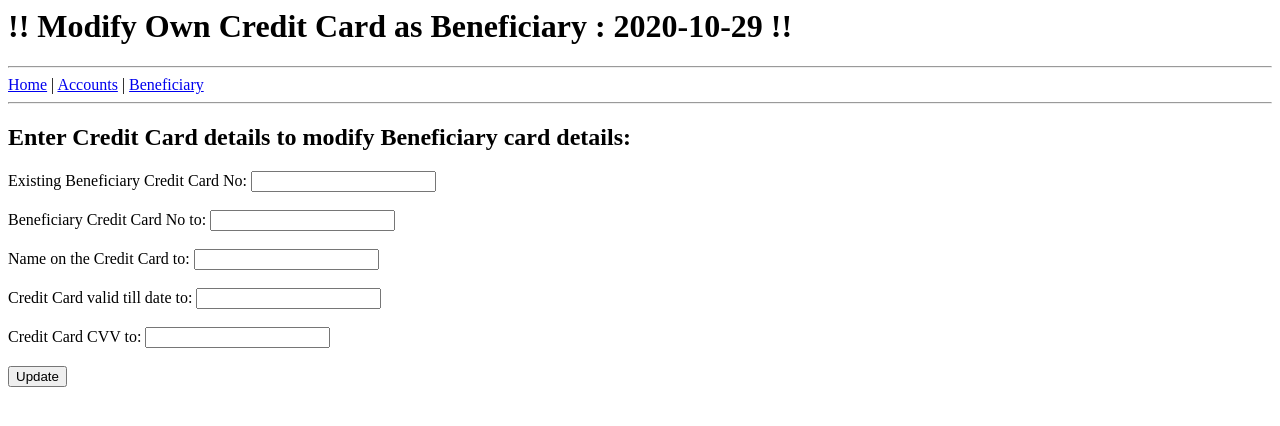
Repository: anik84/ibs
Page: http://localhost/IBS/user_modify_own_credit_card_as_beneficiary_form.jsp
These files come from the project's save history. The page is drawn as it stood at one moment and after the next save; the edit follows.
The browser window is 1280 px wide. The pictures show the whole page.
The page is served by Tomcat 9. Other server files are loaded and not shown.

Above is the page before, as saved 2020-11-01 08:12:54.

### IBS_JSPs/IBS/WebContent/user_modify_own_credit_card_as_beneficiary_form.jsp
<%@page import="java.time.LocalDate"%>
<html>
<head>
<title>modify own credit card as beneficiary</title>
</head>
<body>
	<h1>
		!! Modify Own Credit Card as Beneficiary :
		<%=LocalDate.now()%>
		!!
	</h1>
	<jsp:include page="user_home_menu.jsp" />

	<h2>Enter Credit Card details to modify Beneficiary card details:</h2>
	<form action="modifybenefcreditcard" method="POST">

		<div>
			<label>Existing Beneficiary Credit Card No: </label> <input type="number" name="existingBenefCreditCardNo"
				required />
		</div><br />
		<div>
			<label>Beneficiary Credit Card No to: </label> <input type="text" name="modifyBenefCreditCardNoTo" />
		</div><br />
		<div>
			<label>Name on the Credit Card to: </label> <input type="text" name="modifyBenefCreditCardNameTo" />
		</div><br />
		<div>
			<label>Credit Card valid till date to: </label> <input type="text" name="modifyBenefCreditCardValidityTo" />
		</div><br />
		<div>
			<label>Credit Card CVV to: </label> <input type="text" name="modifyBenefCreditCardCVVNoTo" />
		</div><br />
		<div>
			<button>Update</button>
		</div>
	</form>
</body>
</html>

### IBS_JSPs/IBS/WebContent/user_home_menu.jsp
<nav>
	<hr />
	 <a href="user_home.jsp">Home</a>
	 <span> | </span>
	 <a href="user_accounts.jsp">Accounts</a>
	 <span> | </span>
	 <a href="user_beneficiary.jsp">Beneficiary</a>
	<hr />
</nav>

After the next save:
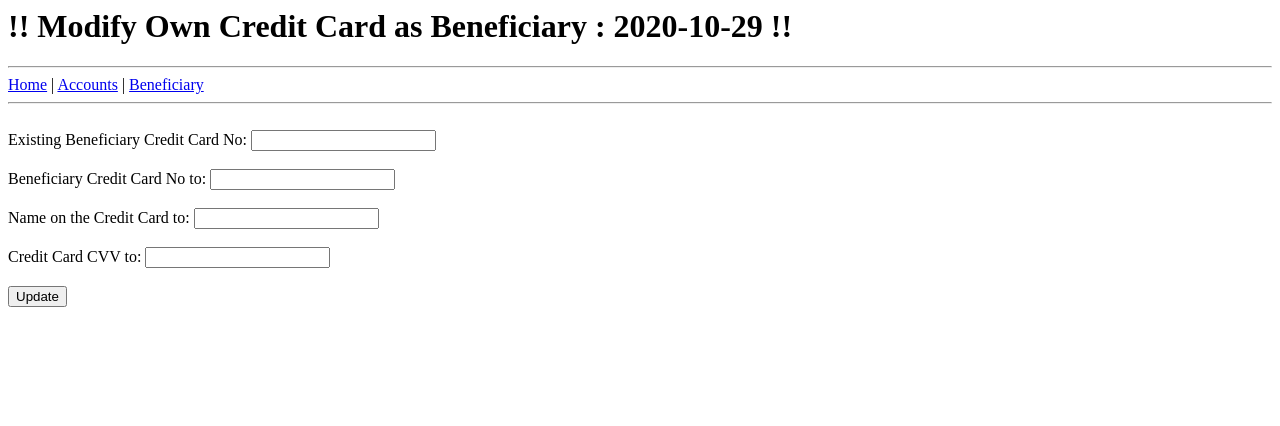
Saved 118 s later.
--- a/IBS_JSPs/IBS/WebContent/user_modify_own_credit_card_as_beneficiary_form.jsp
+++ b/IBS_JSPs/IBS/WebContent/user_modify_own_credit_card_as_beneficiary_form.jsp
@@ -11,9 +11,8 @@
 	</h1>
 	<jsp:include page="user_home_menu.jsp" />
 
-	<h2>Enter Credit Card details to modify Beneficiary card details:</h2>
 	<form action="modifybenefcreditcard" method="POST">
-
+		<br />
 		<div>
 			<label>Existing Beneficiary Credit Card No: </label> <input type="number" name="existingBenefCreditCardNo"
 				required />
@@ -25,9 +24,6 @@
 			<label>Name on the Credit Card to: </label> <input type="text" name="modifyBenefCreditCardNameTo" />
 		</div><br />
 		<div>
-			<label>Credit Card valid till date to: </label> <input type="text" name="modifyBenefCreditCardValidityTo" />
-		</div><br />
-		<div>
 			<label>Credit Card CVV to: </label> <input type="text" name="modifyBenefCreditCardCVVNoTo" />
 		</div><br />
 		<div>
